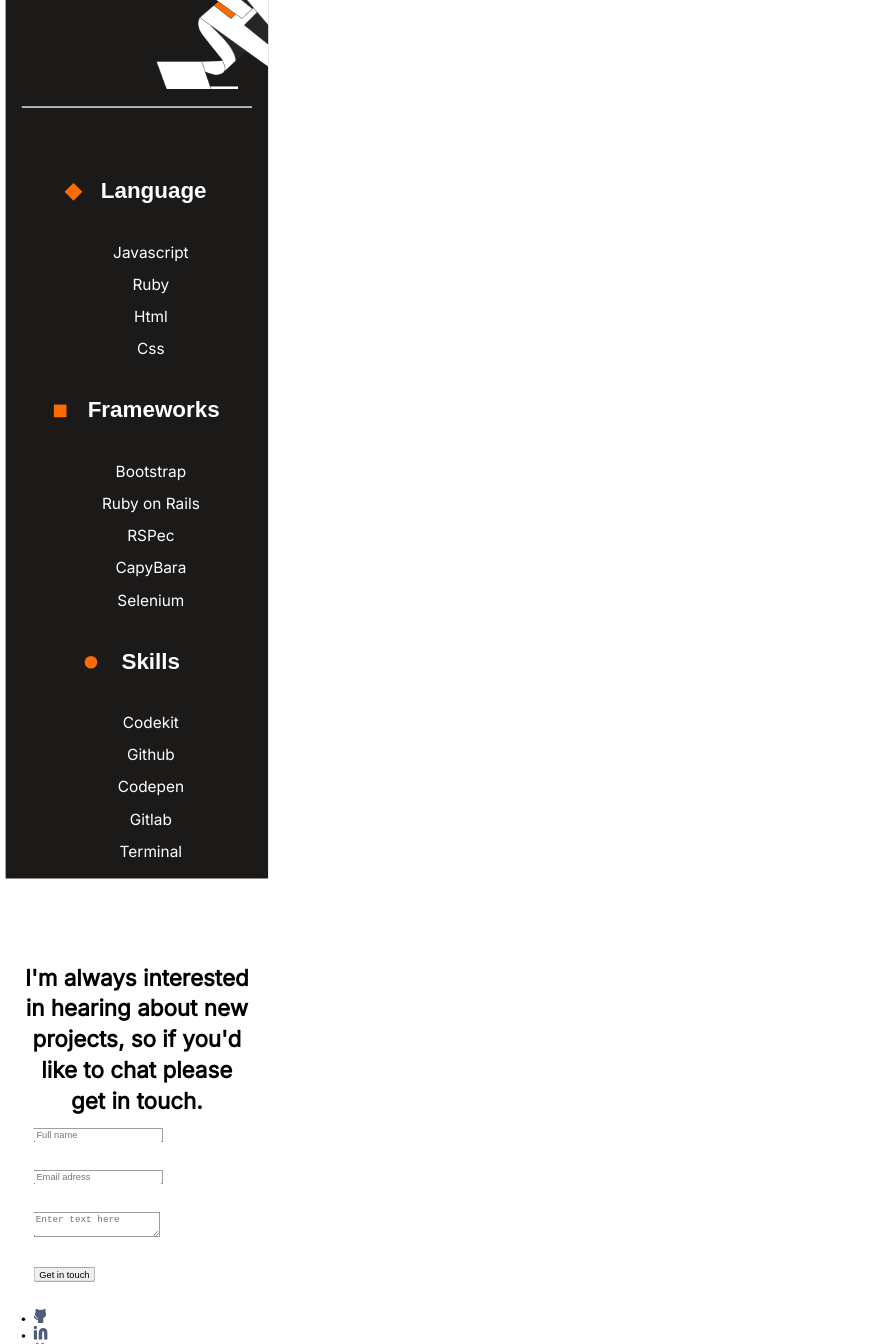
Repository: iBel251/portfolio
Page: index.html
An editor plug-in stored every save of this project. The page is shown before and after the next save, followed by the edit.
The browser window is 1280 px wide. The pictures show the part of the page from y = 4580 to 6500 px (the page is 6582 px tall before and 6639 px after), at 70% of full size.
Some web fonts or font styles are not loaded; a fallback is used.

Above is the page before, as saved 2022-03-22 10:55:37.

After the next save:
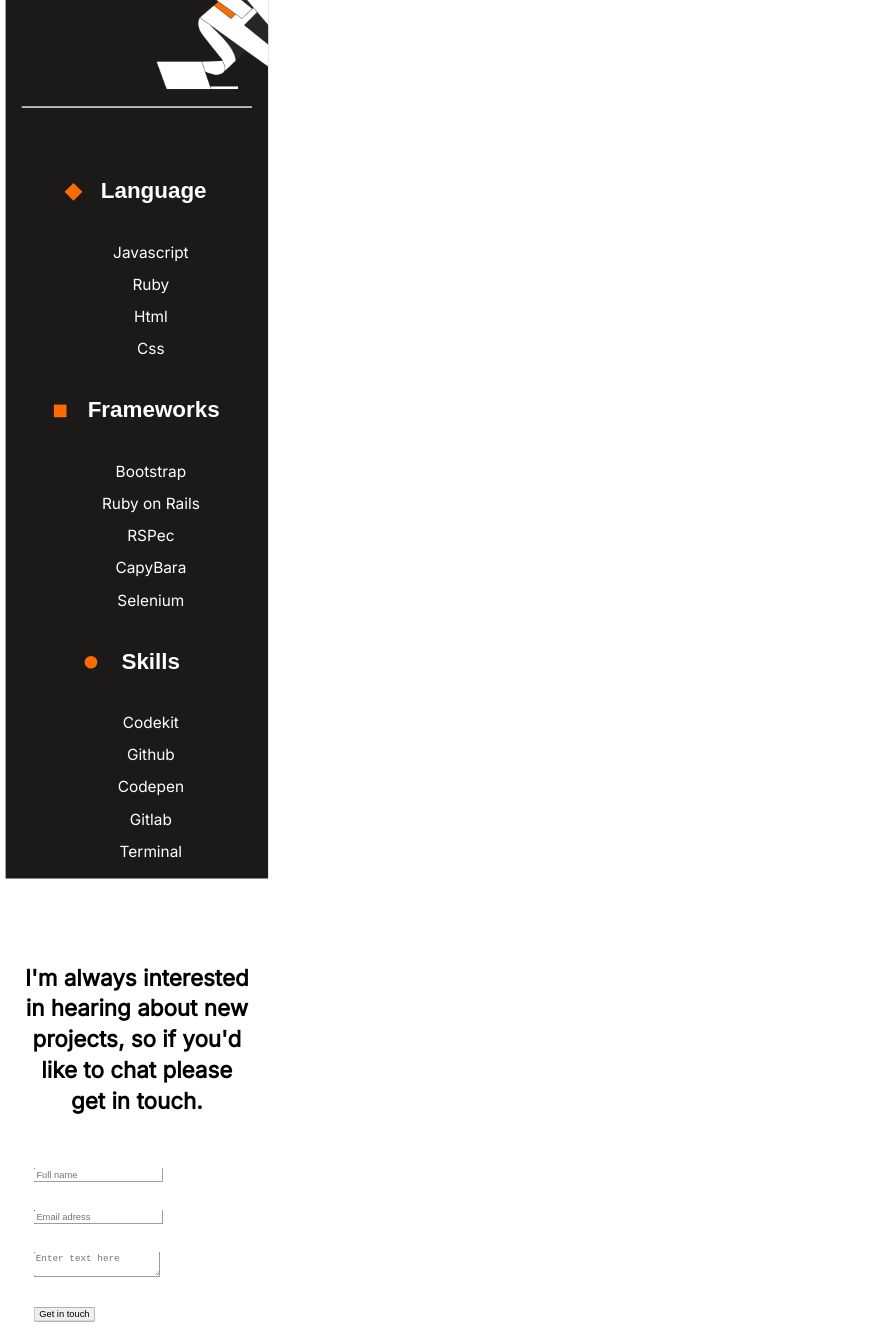
Saved 59 s later.
--- a/style.css
+++ b/style.css
@@ -417,6 +417,7 @@
 }
 
 .form{
+  margin-top: 73px;
   list-style-type: none;
 }
 
